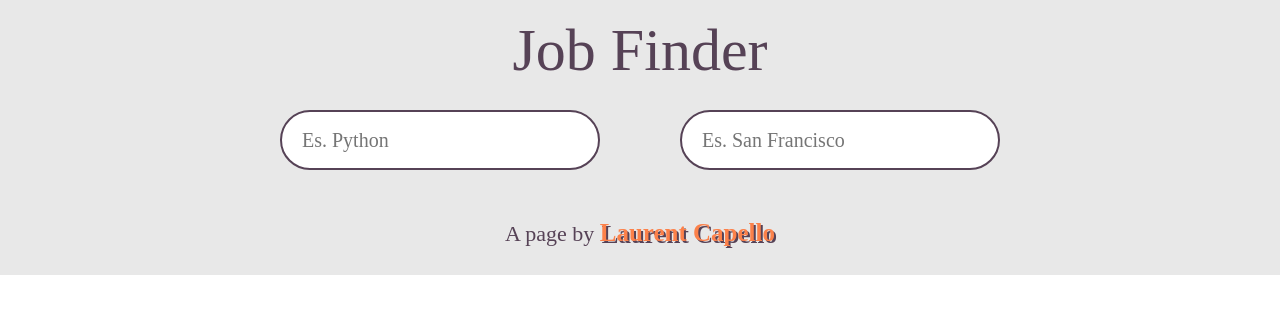
Repository: sokafootball/job-finder
Page: /
The author's editor kept a copy of each file at every save. The page is drawn from the files as they stood at one save, then again after the next save.
The browser window is 1280 px wide. The pictures show the whole page.
The page's requests for data from a server got no answer. The project was rebuilt for these pictures with package versions that can differ from the ones it lists, and the page was loaded fresh each time. No one was signed in, and anything a server would have sent is missing. Also part of the build but not shown: src/components/JobCard/JobCard.css, src/components/JobCard/JobCard.js.

Above is the page before, as saved 2020-10-23 14:44:30.

After the next save:
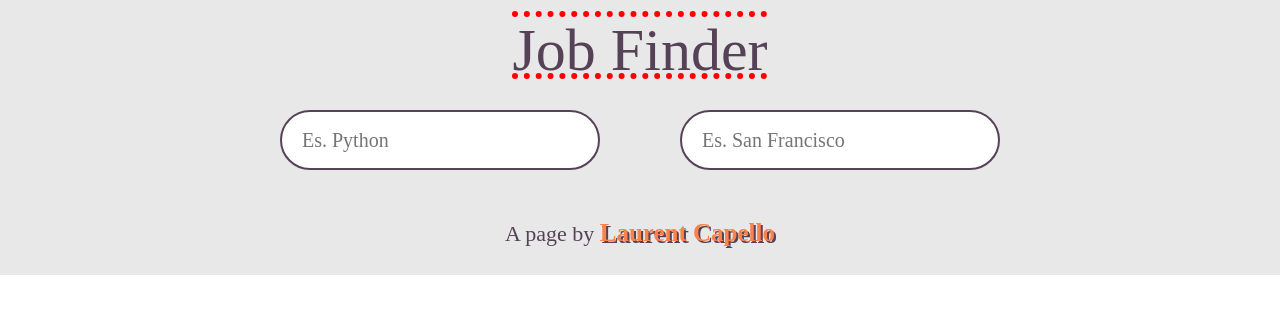
Saved 71 s later.
--- a/src/components/Header/Header.css
+++ b/src/components/Header/Header.css
@@ -1,4 +1,5 @@
 #title{
   font-size: 60px;
   margin-top: 20px;
+  text-decoration: underline overline dotted red;
 }
